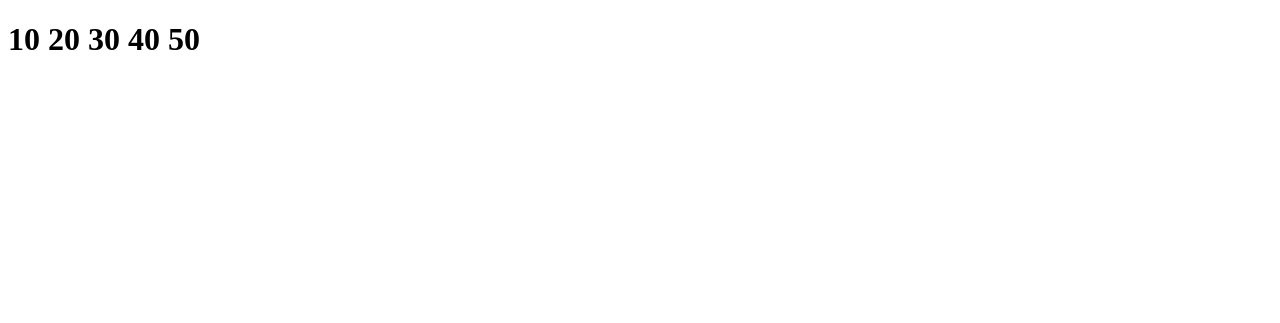
Repository: BEOMJINI/greenJsp
Page: http://localhost/basic/기본.jsp
These files come from the project's save history. The page is drawn as it stood at one moment and after the next save; the edit follows.
The browser window is 1280 px wide. The pictures show the whole page.
The page is served by Tomcat 9. Other server files are loaded and not shown.

Above is the page before, as saved 2023-02-21 10:31:22.

### jspWorkspace/basic/src/main/webapp/기본.jsp
<%@page import="java.util.Arrays"%>
<%@ page language="java" contentType="text/html; charset=UTF-8"
    pageEncoding="UTF-8"%>

<!DOCTYPE html>
<html>
<head>
<meta charset="UTF-8">
<title>Insert title here</title>
</head>
<body>
<%--
    [1] JSP는 자바 서버 페이지의 약자이다.

    [2] JSP의 역할
        HTML 페이지에서 아래 4개의 태그를 추가로 사용할 수 있다.

        (1) 지시자(Directive) 태그            <%@ %>
        (2) 표현식(Expression) 태그        <%= %>
        (3) 스크립트릿(Scriptlet) 태그        <%  %>
        (4) 선언자(Declaration) 태그        <%! %>        (사용하지 않음)
 --%>
 <%--
    [1] 스크립트릿 태그
        (1) 사용법 : <% %>
        (2) 자바 변수를 사용할 수 있다.

    [2] 익스프레션 태그
        (1) 사용법 : <%= %>
        (2) 자바 변수를 출력할 수 있다.
--%>

<%--
      [문제1] 10부터 50까지 arr 배열에 저장후 배열안의 모든값을 출력한다.
        [정답1] 10 20 30 40 50             <h1> </h1>

        [문제2] array 배열안의 모든값의 합을 출력한다.
        [정답2] 150
--%>
<%
   int[] arr = {10,20,30,40,50};
	String data="";
	for(int i=0; i<arr.length; i++){
		data+=arr[i]+" ";
	}
%>
<h1><%= data %></h1>

</body>
</html>

After the next save:
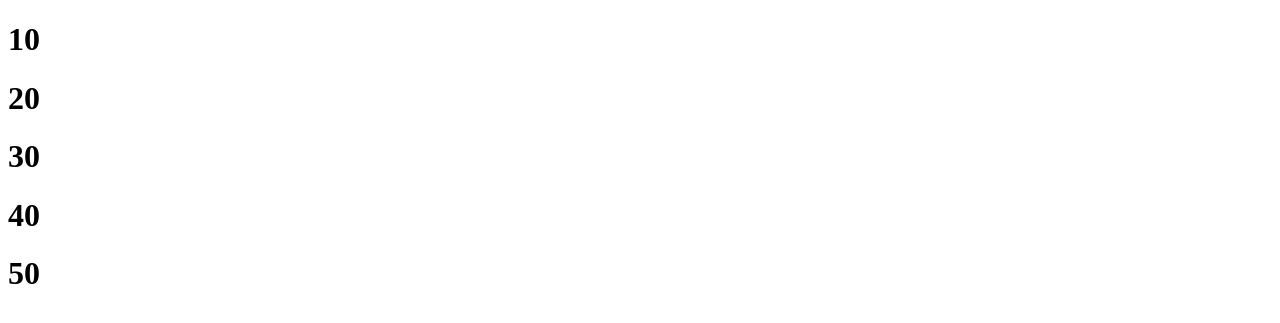
Saved 4 h 4 min later.
--- a/jspWorkspace/basic/src/main/webapp/기본.jsp
+++ b/jspWorkspace/basic/src/main/webapp/기본.jsp
@@ -1,7 +1,5 @@
-<%@page import="java.util.Arrays"%>
 <%@ page language="java" contentType="text/html; charset=UTF-8"
     pageEncoding="UTF-8"%>
-
 <!DOCTYPE html>
 <html>
 <head>
@@ -10,41 +8,55 @@
 </head>
 <body>
 <%--
-    [1] JSP는 자바 서버 페이지의 약자이다.
+	[1] JSP는 자바 서버 페이지의 약자이다.
 
-    [2] JSP의 역할
-        HTML 페이지에서 아래 4개의 태그를 추가로 사용할 수 있다.
+	[2] JSP의 역할
+		HTML 페이지에서 아래 4개의 태그를 추가로 사용할 수 있다.
 
-        (1) 지시자(Directive) 태그            <%@ %>
-        (2) 표현식(Expression) 태그        <%= %>
-        (3) 스크립트릿(Scriptlet) 태그        <%  %>
-        (4) 선언자(Declaration) 태그        <%! %>        (사용하지 않음)
+		(1) 지시자(Directive) 태그			<%@ %>
+		(2) 표현식(Expression) 태그		<%= %>
+		(3) 스크립트릿(Scriptlet) 태그		<%  %>
+		(4) 선언자(Declaration) 태그		<%! %>		(사용하지 않음)
  --%>
  <%--
-    [1] 스크립트릿 태그
-        (1) 사용법 : <% %>
-        (2) 자바 변수를 사용할 수 있다.
+	[1] 스크립트릿 태그
+		(1) 사용법 : <% %>
+		(2) 자바 변수를 사용할 수 있다.
 
-    [2] 익스프레션 태그
-        (1) 사용법 : <%= %>
-        (2) 자바 변수를 출력할 수 있다.
+	[2] 익스프레션 태그
+		(1) 사용법 : <%= %>
+		(2) 자바 변수를 출력할 수 있다.
 --%>
 
 <%--
-      [문제1] 10부터 50까지 arr 배열에 저장후 배열안의 모든값을 출력한다.
-        [정답1] 10 20 30 40 50             <h1> </h1>
+	  [문제1] 10부터 50까지 arr 배열에 저장후 배열안의 모든값을 출력한다.
+		[정답1] 10 20 30 40 50             <h1> </h1>
 
-        [문제2] array 배열안의 모든값의 합을 출력한다.
-        [정답2] 150
+		[문제2] array 배열안의 모든값의 합을 출력한다.
+		[정답2] 150
 --%>
 <%
    int[] arr = {10,20,30,40,50};
-	String data="";
-	for(int i=0; i<arr.length; i++){
-		data+=arr[i]+" ";
-	}
+
+for(int i =0; i < arr.length; i++){
+	// 자바에서 html 태그를 생성하는 방식
+  //out.println("<h1>" + arr[i]+"</h1>");
+
+}
 %>
-<h1><%= data %></h1>
+
+<%
+for(int i =0; i < arr.length; i++){
+%>
+
+<h1> <%=arr[i] %></h1>
+
+<%
+}
+ %>
+
+
+
 
 </body>
 </html>
